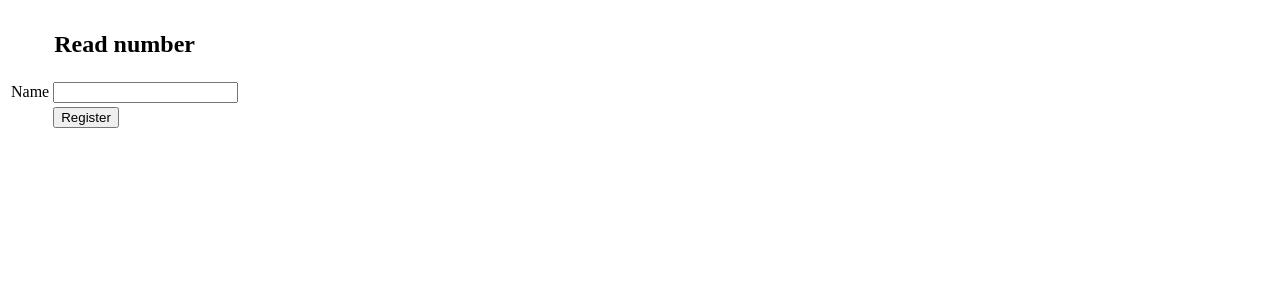
Repository: nguyenhung50497/MD3_templateStaticFile
Page: BT_ungDungDocSoThanhChu/views/index.html
These files come from the project's save history. The page is drawn as it stood at one moment and after a run of saves; the edit follows.
The browser window is 1280 px wide. The pictures show the whole page.

Above is the page before, as saved 2022-12-14 13:39:55.

After the next 2 saves:
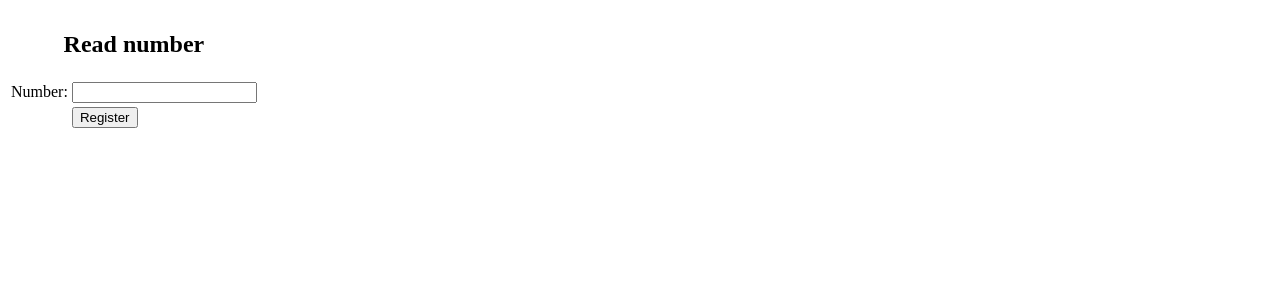
The 2 saves are shown as one change because they came seconds apart.
The last was saved 6 s later.
--- a/BT_ungDungDocSoThanhChu/views/index.html
+++ b/BT_ungDungDocSoThanhChu/views/index.html
@@ -13,7 +13,7 @@
             </td>
         </tr>
         <tr>
-            <td>Name</td>
+            <td>Number:</td>
             <td><input type="text" name="name" required></td>
         </tr>
         <tr>
